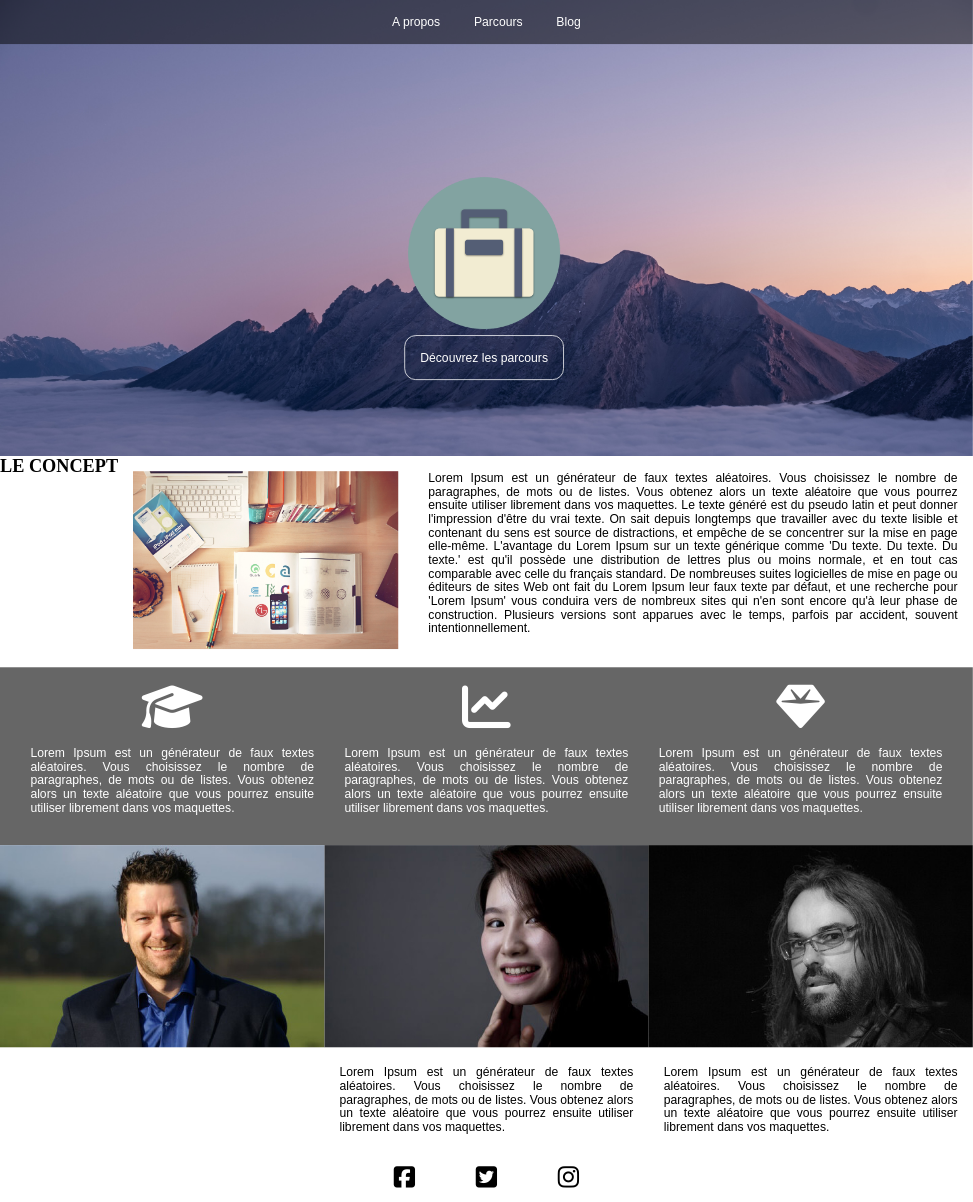
Repository: georeyff/WordPressThemes
Page: agenceVoyageInitial/index.html
These files come from the project's save history. The page is drawn as it stood at one moment and after the next save; the edit follows.
The browser window is 1280 px wide. The pictures show the whole page, at 76% of full size.
Some web fonts or font styles are not loaded; a fallback is used. Some web libraries are served in a nearby version.

Above is the page before, as saved 2020-11-26 17:09:33.

### agenceVoyageInitial/index.html
<!DOCTYPE html>

<html>

  <head>
    <meta name="viewport" content="width=device-width, initial-scale=1, maximum-scale=1">
    <!-- Global site tag (gtag.js) - Google Analytics -->
    <script async src="https://www.googletagmanager.com/gtag/js?id=UA-117493411-1"></script>
    <title>Agence de voyages</title>
    <link rel="stylesheet" type="text/css" href="style.css">

    <meta charset="utf-8">


    <link href="https://fonts.googleapis.com/css?family=Lobster" rel="stylesheet">
  <script src="https://kit.fontawesome.com/00a3624a11.js" crossorigin="anonymous"></script>
  </head>

  <body>

    <section id="hero">
      <nav>
        <a href="#" target="_blank">A propos</a>
        <a href="#" target="_blank">Parcours</a>
        <a href="#" target="_blank">Blog</a>
      </nav><!--Ici, on referme la balise nav-->
      <div id="bandeau">
        <div id="contenu">
          <div class="contenu-logo">
            <img src="logo-valise.png" alt="logo Agence de Voyages" width="200px"/>
          </div>
          <div class="contenu-cta">
            <a href="#">Découvrez les parcours</a>
          </div>

        </div><!--Ici, on referme la div contenu-->
      </div><!-- Ici, on referme la div bandeau-->

    </section><!--Ici, on referme la balise section-->

    <section id="apropos">
        <h2>LE CONCEPT</h2>
        <div id="apropos_image">

         <img src="images/office.jpg" alt="bureau"/>

        </div><!-- Referme apropos_image-->
         <div id="apropos_texte">
          <p>
            Lorem Ipsum est un générateur de faux textes aléatoires. Vous choisissez le nombre de paragraphes, de mots ou de listes. Vous obtenez alors un texte aléatoire que vous pourrez ensuite utiliser librement dans vos maquettes. Le texte généré est du pseudo latin et peut donner l'impression d'être du vrai texte. On sait depuis longtemps que travailler avec du texte lisible et contenant du sens est source de distractions, et empêche de se concentrer sur la mise en page elle-même. L'avantage du Lorem Ipsum sur un texte générique comme 'Du texte. Du texte. Du texte.' est qu'il possède une distribution de lettres plus ou moins normale, et en tout cas comparable avec celle du français standard. De nombreuses suites logicielles de mise en page ou éditeurs de sites Web ont fait du Lorem Ipsum leur faux texte par défaut, et une recherche pour 'Lorem Ipsum' vous conduira vers de nombreux sites qui n'en sont encore qu'à leur phase de construction. Plusieurs versions sont apparues avec le temps, parfois par accident, souvent intentionnellement.
          </p>
        </div><!-- Referme apropos_texte -->
    </section><!--Ici, on referme la section apropos-->

    <section id="services">
        <div class="services_item">
          <i class="fas fa-graduation-cap fa-4x"></i>
          <p>
            Lorem Ipsum est un générateur de faux textes aléatoires. Vous choisissez le nombre de paragraphes, de mots ou de listes. Vous obtenez alors un texte aléatoire que vous pourrez ensuite utiliser librement dans vos maquettes.
          </p>
        </div><!-- Referme services_item -->
        <div class="services_item">
          <i class="fas fa-chart-line fa-4x"></i>
          <p>
            Lorem Ipsum est un générateur de faux textes aléatoires. Vous choisissez le nombre de paragraphes, de mots ou de listes. Vous obtenez alors un texte aléatoire que vous pourrez ensuite utiliser librement dans vos maquettes.
          </p>
        </div><!-- Referme services_item -->
        <div class="services_item">
          <i class="fas fa-gem fa-4x"></i>
          <p>
            Lorem Ipsum est un générateur de faux textes aléatoires. Vous choisissez le nombre de paragraphes, de mots ou de listes. Vous obtenez alors un texte aléatoire que vous pourrez ensuite utiliser librement dans vos maquettes.
        </div><!-- Referme services_item -->
    </section><!--Ici, on referme la section services-->
    <section id="team">
        <div class="team_item">
          <img src="team1.jpg">

        </div><!-- Referme services_item -->
        <div class="team_item">
          <img src="team2.jpg">
          <p>
            Lorem Ipsum est un générateur de faux textes aléatoires. Vous choisissez le nombre de paragraphes, de mots ou de listes. Vous obtenez alors un texte aléatoire que vous pourrez ensuite utiliser librement dans vos maquettes.
          </p>
        </div><!-- Referme services_item -->
        <div class="team_item">
          <img src="team3.jpg">
          <p>
            Lorem Ipsum est un générateur de faux textes aléatoires. Vous choisissez le nombre de paragraphes, de mots ou de listes. Vous obtenez alors un texte aléatoire que vous pourrez ensuite utiliser librement dans vos maquettes.
        </div><!-- Referme services_item -->
    </section><!--Ici, on referme la section services-->



    <footer>
      <div class="social">
        <a href="http://facebook.fr" target="_blank"><i class="fab fa-facebook-square fa-2x"></i></a>
      </div>
       <div class="social">
        <a href="http://twitter.fr" target="_blank"><i class="fab fa-twitter-square fa-2x"></i></a>
      </div>
      <div class="social">
        <a href="http://instagram.fr" target="_blank"><i class="fab fa-instagram fa-2x"></i></a>
      </div>
    </footer><!--Ici, on referme la balise footer-->






<!-- MODAL -->
<div id="leadModal" class="modal">

  <!-- BLOC CENTRAL -->
  <div class="modalBloc">
    <!-- Une icône -->
    <div class="modalIcon">
      <i class="fas fa-mug-hot fa-9x"></i>
    </div>
    <!-- Titre - Image - Sous-titre -->
    <div class="modalText">
      <h4 class="modalTextTitle">Continuez la lecture</h4>
      <img src="./images/seo.jpg">
      <h5 class="modalTextSubtitle">
        Prochain article : les 5 outils clés du SEO
      </h5>
    </div>
    <div class="modalBtn">
      <a href="#">Je continue</a>

      <a href="#" id="btnNo">Non merci, je ne préfère pas savoir</a>

    </div>
  </div><!-- Ici on referme modalBloc -->

</div><!-- Ici on referme leadModal -->




  <!-- BLOC FOND BLANC -->
<!--   <div class="modalMessage">
    <div class="modalIcon">
      <i class="fas fa-mug-hot fa-9x"></i>
    </div>
    <div class="modalText">
      <h4 class="modalTextTitle">Continuez la lecture</h4>
      <img src="./images/seo.jpg" width="300">
      <h5 class="modalTextSubtitle">Prochain article : les 5 outils clés du SEO</h5>
    </div>
    <div class="modalBtn">
      <a href="#">Je continue</a>
      <a href="#">Non merci, je ne préfère pas savoir</a>
    </div>

    <span class="close">&times;</span>
  </div> -->
<!-- SCRIPT POUR DECLENCHER UNE BOITE DE DIALOGUE + REDIRECTION -->
<!-- <script type="text/javascript">
  console.log('test depuis ligne 169');
  window.alert('Etes-vous sûr ?');
  window.location.href='http://someplace.com';
</script> -->



  <!-- <script src="script.js"></script> -->

  </body>

</html>

### agenceVoyageInitial/style.css
*{
  margin:0;
  padding:0;
}
@font-face {
    font-family: 'lunaregular';
    src: url('./fonts/luna-webfont.woff2') format('woff2'),
         url('./fonts/luna-webfont.woff') format('woff'),
         url('./fonts/luna.ttf');
    font-weight: normal;
    font-style: normal;
}

html{
  font-family: 'arial';
  font-size: 16px;
}

h1{
  color: black;/*rgb(0,0,0) ou #000 */
  font-size: 24px;
  font-family: 'lunaregular';
}
h2{
  color: black;
  font-family: 'Lobster', cursive;
}
h3{
  color: black;
}
a{
  color: white;
  text-decoration: none;
  padding : 20px;
}

#hero{
  background: url('images/bg.jpg');
  background-repeat: no-repeat;
  background-size: cover;
  /*height: 100%;pour prendre en compte les dimensions de padding à l'intérieur de cette grande DIV*/

  height: 600px;
  position: relative;

}

nav{
  background-color: rgba(0,0,0,0.5);
  text-align: center;
  padding: 20px;
}

#bandeau{
  /* margin-top: 10%; /* 10% de la largeur de la fenêtre */
  /* margin-bottom: 10%; */
  position: absolute;
  bottom: 20%;
  left: 40%;
  /* line-height: 600px; */
  /* background-color: rgba(255,255,255,0.5); */
}
.contenu-logo{
  margin: 25px;
}
#contenu{
  text-align: center;
  /* padding: 10%;10% de la largeur de la fenêtre */
}
#contenu a{
  color : rgb(255, 255, 255);
  border : 1px solid rgb(255, 255, 255);
  border-radius: 15px;
  padding: 20px;
  transition: all 1s;
  -webkit-transform: rotate(20deg);
}
#contenu a:hover{
  color : rgb(255, 255, 255);
  border : 1px solid rgba(92, 92, 92, 0.8);
  background-color: rgba(92, 92, 92, 0.8); */
  -ms-transform: rotate(20deg); /* IE 9 */
  -webkit-transform: rotate(20deg); /* Safari */
  transform: rotate(20deg);
}

#apropos{
  background-color: white;
  display: flex;
}

#apropos_image{
  padding: 20px;
  flex: 1;
}

#apropos_texte{
  padding: 20px;
  flex: 2;
  text-align: justify;
}

#apropos_image img{
  flex:1;
  max-width: 100%;/*L'image prend au maximum la largeur de son contenant, soit 100% de 1/3*/
}
#services{
  display : flex;
  background-color: #666;
  color: white;
  padding : 20px;
  text-align: center;
}
.services_item p{
  text-align: justify;
  padding: 20px;
}
#team{
  display : flex;
  text-align: center;
}
.team_item{
  flex: 1;
}
.team_item img{
  width: 100%;
}
.team_item p{
  text-align: justify;
  padding: 20px;
}
#lead{
  display: flex;
  justify-content: center;
  background-color: #e74c3c;
  color: white;
}
#lead h2{
  color: white;
}
.form{
  padding: 20px;
}

footer{
  display: flex;
  justify-content: center;
}

footer a{
  color: black;
}

footer a:hover{
  color: #e74c3c;
}

.social{
  padding: 20px;
}



#mce-success-response{
  color: white!important;
}

/* Le modal*/
.modal {
  display: none;  /*Caché par défaut*/
  position: fixed; /* Nécessaire pour positionner la DIV au bon endroit */
  z-index: 1; /* Se place au-dessus */
  left: 0;/*Collé au bord gauche*/
  top: 0;/*Collé au bord haut*/



  /* Pour pouvoir faire défiler le contenu */
  overflow: auto;

  background-color: rgba(243,235,72, 0.76); /* Jaune avec une transparence */
  height: 100%; /* Pleine hauteur */
  width: 100%; /* Pleine largeur */
  z-index: 1; /* Se place au-dessus */


}



/* Le Bloc Central*/
.modalBloc{
  margin: 10% auto;
  padding: 20px;
  width: 50%;
  text-align: center;
  background-color: white;
  color: black;
  border-top: 10px solid black;
}

.modalTextTitle{
  font-size: 60px;
  font-family: 'Lobster', cursive;
}
.modalTextSubtitle{
  font-size: 20px;
}
.modalText img{
  width: 60%;
}


.modalBtn{
  margin: 5%;
}
.modalBtn a{
  color: white;
  background-color:black;
}
.modalBtn a:hover{
  opacity: 0.7;
}

@media screen and (max-width: 414px){
  /*ICI LES PRECEDENTES DECLARATIONS*/
  .modalTextTitle{
    font-size:40px;
  }
  .modalBtn a{
    display: block;
    margin-bottom: 5%;
  }


  #apropos{
   flex-direction: column;
  }/*Ici, on referme la déclaration #apropos*/
  #services{
    flex-direction: column;
  }/*Ici, on referme la déclaration #services*/



}/*Ici, on referme la media query*/

After the next save:
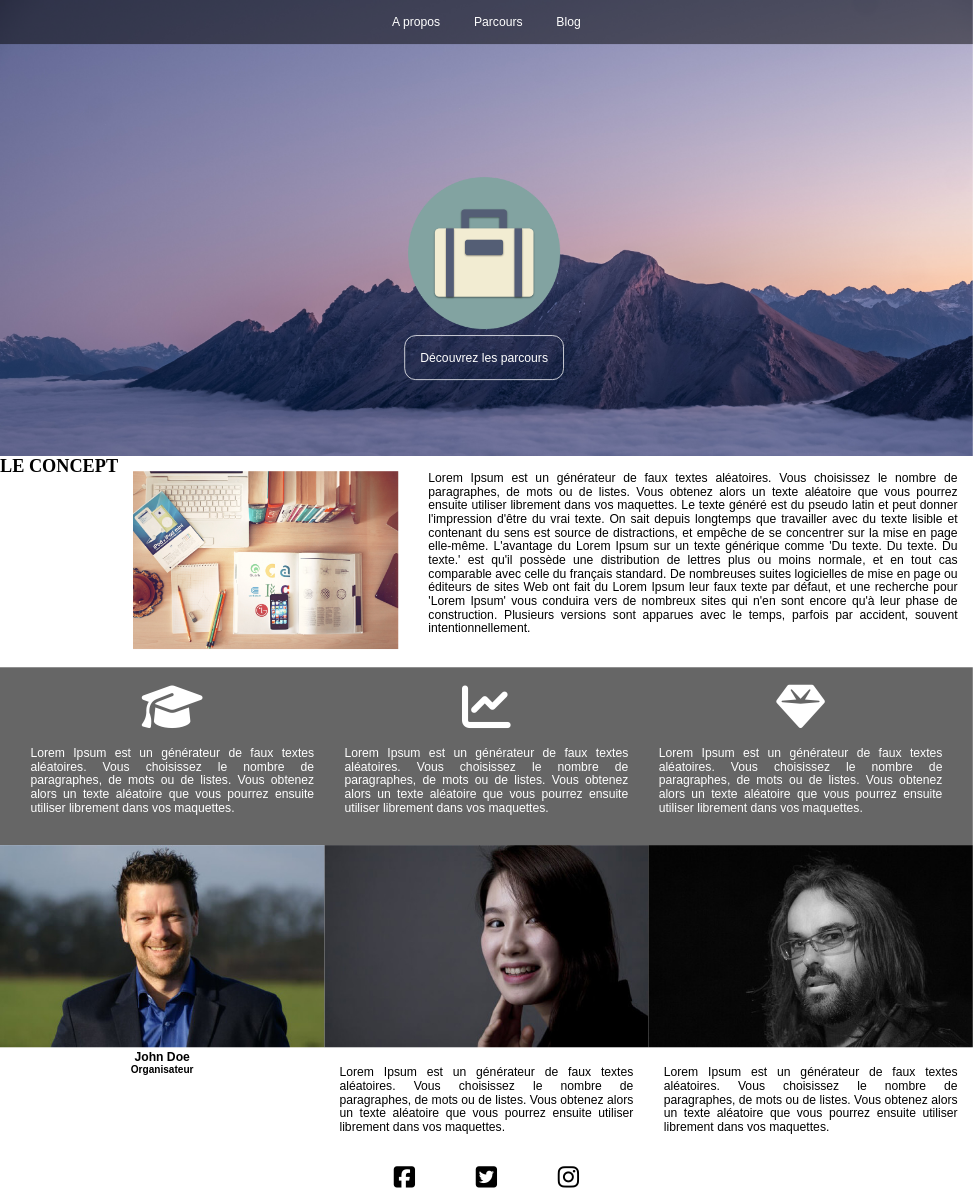
Saved 26 s later.
--- a/agenceVoyageInitial/index.html
+++ b/agenceVoyageInitial/index.html
@@ -74,7 +74,8 @@
     <section id="team">
         <div class="team_item">
           <img src="team1.jpg">
-
+          <h4>John Doe</h4>
+          <h5>Organisateur</h5>
         </div><!-- Referme services_item -->
         <div class="team_item">
           <img src="team2.jpg">
